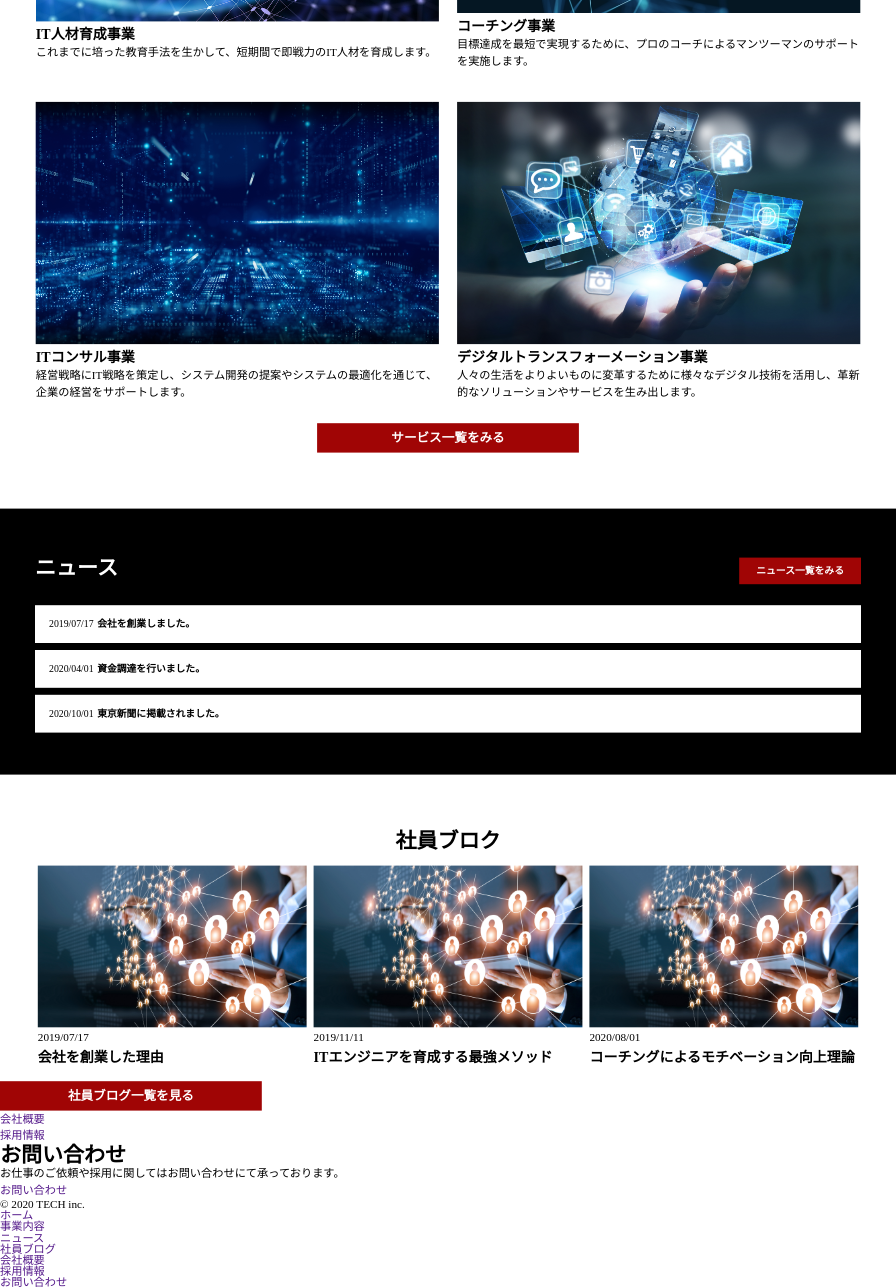
Repository: masanarimiura/20220516_miura
Page: index.html
These files come from the project's save history. The page is drawn as it stood at one moment and after the next save; the edit follows.
The browser window is 1280 px wide. The pictures show the part of the page from y = 1452 to 3372 px (the page is 3292 px tall before and 3372 px after), at 70% of full size.

Above is the page before, as saved 2022-05-13 20:40:40.

### index.html
<!DOCTYPE html>
<html lang="ja">

<head>
  <meta charset="UTF-8">
  <meta http-equiv="X-UA-Compatible" content="IE=edge">
  <meta name="viewport" content="width=device-width, initial-scale=1.0">
  <title>Document</title>
  <link rel="stylesheet" href="css/reset.css">
  <link rel="stylesheet" href="css/index.css">
</head>

<body>

  <header class="header">
    <h2 class="header__ttl">TECH</h2>
    <nav class="header__nav">
      <ul>
        <li><a href="" class="header__nav__item1">ホーム</a></li>
        <li><a href="" class="header__nav__item2">事業内容</a></li>
        <li><a href="" class="header__nav__item3">ニュース</a></li>
        <li><a href="" class="header__nav__item4">社員ブログ</a></li>
        <li><a href="" class="header__nav__item5">会社概要</a></li>
        <li><a href="" class="header__nav__item6">採用情報</a></li>
        <li><a href="" class="header__nav__item7">お問い合わせ</a></li>
      </ul>
    </nav>
  </header>

  <div class="eyecatch">
    <div class="eyecatch__content">
      <h1 class="eyecatch__content__ttl">最新のテクノロジーで社会課題を解決</h1>
      <p class="eyecatch__content__txt">solving social issues with the latest tdchnology</p>
    </div>
  </div>

  <div class="message">
    <div class="message__inner">
      <h2 class="message__ttl">株式会社TECHの想い</h2>
      <p class="message__txt">
        あらゆる産業において、新たなデジタル技術を使ってこれまでにないビジネスモデルを展開する新規参入者が養生し、ゲームチェンジが起ころうとしています。こうした中で、各企業は、競争力維持・強化のために。DXを迅速に進めていくことが求められています。しかし、DXにおいて投資コストは非常にかかります。株式会社TECHでは独自のオペレーションと人材教育により、他社よりも価格を抑えた開発を行います。
      </p>
    </div>
  </div>

  <div class="service">
    <h2 class="service__ttl">サービス</h2>
    <div class="service__inner">
      <div class="service__box">
        <img src="img/service1.png" alt="" class="service__box__img">
        <h3 class="service__box__ttl">IT人材育成事業</h3>
        <p class="service__box__txt">これまでに培った教育手法を生かして、短期間で即戦力のIT人材を育成します。</p>
      </div>
      <div class="service__box">
        <img src="img/service2.png" alt="" class="service__box__img">
        <h3 class="service__box__ttl">コーチング事業</h3>
        <p class="service__box__txt">目標達成を最短で実現するために、プロのコーチによるマンツーマンのサポートを実施します。</p>
      </div>
      <div class="service__box">
        <img src="img/service3.png" alt="" class="service__box__img">
        <h3 class="service__box__ttl">ITコンサル事業</h3>
        <p class="service__box__txt">経営戦略にIT戦略を策定し、システム開発の提案やシステムの最適化を通じて、企業の経営をサポートします。</p>
      </div>
      <div class="service__box">
        <img src="img/service4.png" alt="" class="service__box__img">
        <h3 class="service__box__ttl">デジタルトランスフォーメーション事業</h3>
        <p class="service__box__txt">人々の生活をよりよいものに変革するために様々なデジタル技術を活用し、革新的なソリューションやサービスを生み出します。</p>
      </div>
      <a href="" class="button">サービス一覧をみる</a>
    </div>
  </div>

  <div class="news">
    <div class="news__inner">
      <div class="news__ttl">
        <h2 class="news__ttl-txt">ニュース</h2>
        <a href="" class="service__link button">ニュース一覧をみる</a>
      </div>
      <div class="news__content">
        <ul class="news__content-inner">
          <li class="news__content-topic">
            <a herf="">2019/07/17<span>会社を創業しました。</span></a>
          </li>
          <li class="news__content-topic">
            <a herf="">2020/04/01<span>資金調達を行いました。</span></a>
          </li>
          <li class="news__content-topic">
            <a herf="">2020/10/01<span>東京新聞に掲載されました。</span></a>
          </li>
        </ul>
      </div>
    </div>
  </div>
  <div class="blog">
    <h2 class="blog__ttl">社員ブロク</h2>
    <div class="blog__inner">
      <div class="blog__box">
        <a href=""><img src="img/blog.png" alt="" class="blog__img"></a>
        <p class="blog__date">2019/07/17</p>
        <p class="blog__txt">会社を創業した理由</p>
      </div>
      <div class="blog__box">
        <a href=""><img src="img/blog.png" alt="" class="blog__img"></a>
        <p class="blog__date">2019/11/11</p>
        <p class="blog__txt">ITエンジニアを育成する最強メソッド</p>
      </div>
      <div class="blog__box">
        <a href=""><img src="img/blog.png" alt="" class="blog__img"></a>
        <p class="blog__date">2020/08/01</p>
        <p class="blog__txt">コーチングによるモチベーション向上理論</p>
      </div>
    </div>
    <a href="" class="button ">社員ブログ一覧を見る</a>
  </div>

  <div class="info">
    <div class="info__company"><a href="">
        <p class="info__company__ttl">会社概要</p>
      </a></div>
    <div class="info__recruit"><a href="">
        <p class="info__recruit__ttl">採用情報</p>
      </a></div>
  </div>

  <div class="contact">
    <h2 class="contact__ttl">お問い合わせ</h2>
    <p class="contact__txt">お仕事のご依頼や採用に関してはお問い合わせにて承っております。</p>
    <p class="contact__link"><a href="">お問い合わせ</a></p>
  </div>

  <footer class="footer">
    <div class="footer__copy">&copy; 2020 TECH inc.</div>
    <ul class="footer__nav">
      <li><a href="" class="footer__nav__item1">ホーム</a></li>
      <li><a href="" class="footer__nav__item2">事業内容</a></li>
      <li><a href="" class="footer__nav__item3">ニュース</a></li>
      <li><a href="" class="footer__nav__item4">社員ブログ</a></li>
      <li><a href="" class="footer__nav__item5">会社概要</a></li>
      <li><a href="" class="footer__nav__item6">採用情報</a></li>
      <li><a href="" class="footer__nav__item7">お問い合わせ</a></li>
    </ul>
  </footer>


  <script src="js/main.js"></script>
</body>

</html>

### css/reset.css
/*
html5doctor.com Reset Stylesheet
v1.6.1
Last Updated: 2010-09-17
Author: Richard Clark - http://richclarkdesign.com
Twitter: @rich_clark
*/
html,
body,
div,
span,
object,
iframe,
h1,
h2,
h3,
h4,
h5,
h6,
p,
blockquote,
pre,
abbr,
address,
cite,
code,
del,
dfn,
em,
img,
ins,
kbd,
q,
samp,
small,
strong,
sub,
sup,
var,
b,
i,
dl,
dt,
dd,
ol,
ul,
li,
fieldset,
form,
label,
legend,
table,
caption,
tbody,
tfoot,
thead,
tr,
th,
td,
article,
aside,
canvas,
details,
figcaption,
figure,
footer,
header,
hgroup,
menu,
nav,
section,
summary,
time,
mark,
audio,
video {
  margin: 0;
  padding: 0;
  border: 0;
  outline: 0;
  font-size: 100%;
  vertical-align: baseline;
  background: transparent;
}

body {
  line-height: 1;
}

article,
aside,
details,
figcaption,
figure,
footer,
header,
hgroup,
menu,
nav,
section {
  display: block;
}

nav ul {
  list-style: none;
}

blockquote,
q {
  quotes: none;
}

blockquote:before,
blockquote:after,
q:before,
q:after {
  content: "";
  content: none;
}

a {
  margin: 0;
  padding: 0;
  font-size: 100%;
  vertical-align: baseline;
  background: transparent;
}

/* change colours to suit your needs */
ins {
  background-color: #ff9;
  color: #000;
  text-decoration: none;
}

/* change colours to suit your needs */
mark {
  background-color: #ff9;
  color: #000;
  font-style: italic;
  font-weight: bold;
}

del {
  text-decoration: line-through;
}

abbr[title],
dfn[title] {
  border-bottom: 1px dotted;
  cursor: help;
}

table {
  border-collapse: collapse;
  border-spacing: 0;
}

/* change border colour to suit your needs */
hr {
  display: block;
  height: 1px;
  border: 0;
  border-top: 1px solid #cccccc;
  margin: 1em 0;
  padding: 0;
}

input,
select {
  vertical-align: middle;
}

### css/index.css
h2 {
  font-size: 30px;
  font-weight: bold;
}
h3 {
  font-size: 20px;
  font-weight: bold;
  line-height: 1.5;
}
a {
  text-decoration: none;
}
p {
  line-height: 1.5;
}
.button {
  display: block;
  text-align: center;
  color: #fff;
  font-size: 18px;
  font-weight: bold;
  background-color: rgb(160, 5, 5);
  width: 350px;
  padding: 12px;
}

.header {
  display: flex;
  justify-content: space-between;
  text-align: center;
  padding: 20px 30px;
  position: sticky;
  top: 0;
  background-color: #fff;
  z-index: 1;
}
.header__nav ul {
  display: flex;
  justify-content: space-between;
}
.header__nav ul li {
  padding: 0 15px;
  font-size: 16px;
  font-weight: bold;
}
.header__nav ul li a {
  color: #000;
}

.eyecatch {
  display: flex;
  justify-content: center;
  align-items: center;
  text-align: center;
  background: url(../img/mv.png) center/ cover;
  height: 80vh;
}
.eyecatch__content {
  color: #fff;
}
.eyecatch__content__ttl {
  font-size: 50px;
  padding: 20px;
  line-height: 1.5;
}
.eyecatch__content__txt {
  font-weight: bold;
  font-size: 20px;
  padding: 20px;
}

.message {
  background: #000;
  display: flex;
  justify-content: center;
  align-items: center;
}
.message__inner {
  padding: 80px 80px;
}
.message__ttl {
  color: #fff;
}
.message__txt {
  color: #fff;
  line-height: 2;
  text-align: justify;
  padding: 20px 0 0;
}

.service {
  margin-top: 100px;
}
.service__ttl {
  text-align: center;
  margin-bottom: 30px;
}
.service__inner {
  display: flex;
  align-items: center;
  flex-wrap: wrap;
  justify-content: center;
}
.service__box {
  width: 45%;
  height: auto;
  padding: 1%;
  margin-bottom: 20px;
}
.service__box img {
  width: 100%;
  height: auto;
}
.service__button {
  margin-top: 50px;
}
.news {
  background: #000;
  margin-top: 80px;
}
.news__inner {
  padding: 50px 50px;
}
.news__ttl {
  display: flex;
  justify-content: space-between;
  padding: 20px 0;
}
.news__ttl-txt {
  color: #fff;
}
.service__link {
  width: 150px;
  font-size: 14px;
}
.news__content-topic a {
  background-color: #fff;
  margin: 10px 0;
  padding: 20px;
  font-size: 14px;
  display: block;
}
.news__content-topic span {
  font-weight: bold;
  display: inline-block;
  padding: 0 5px;
}

.blog {
  margin-top: 80px;
}
.blog__ttl {
  text-align: center;
}
.blog__inner {
  display: flex;
  justify-content: center;
}
.blog__box {
  width: 30%;
  margin: 20px 5px;
}
.blog__box img {
  width: 100%;
}
.blog__txt {
  font-weight: bold;
  font-size: 20px;
}
.

Loaded but not shown: js/main.js (no copy from this time; the picture is the same without it)

After the next save:
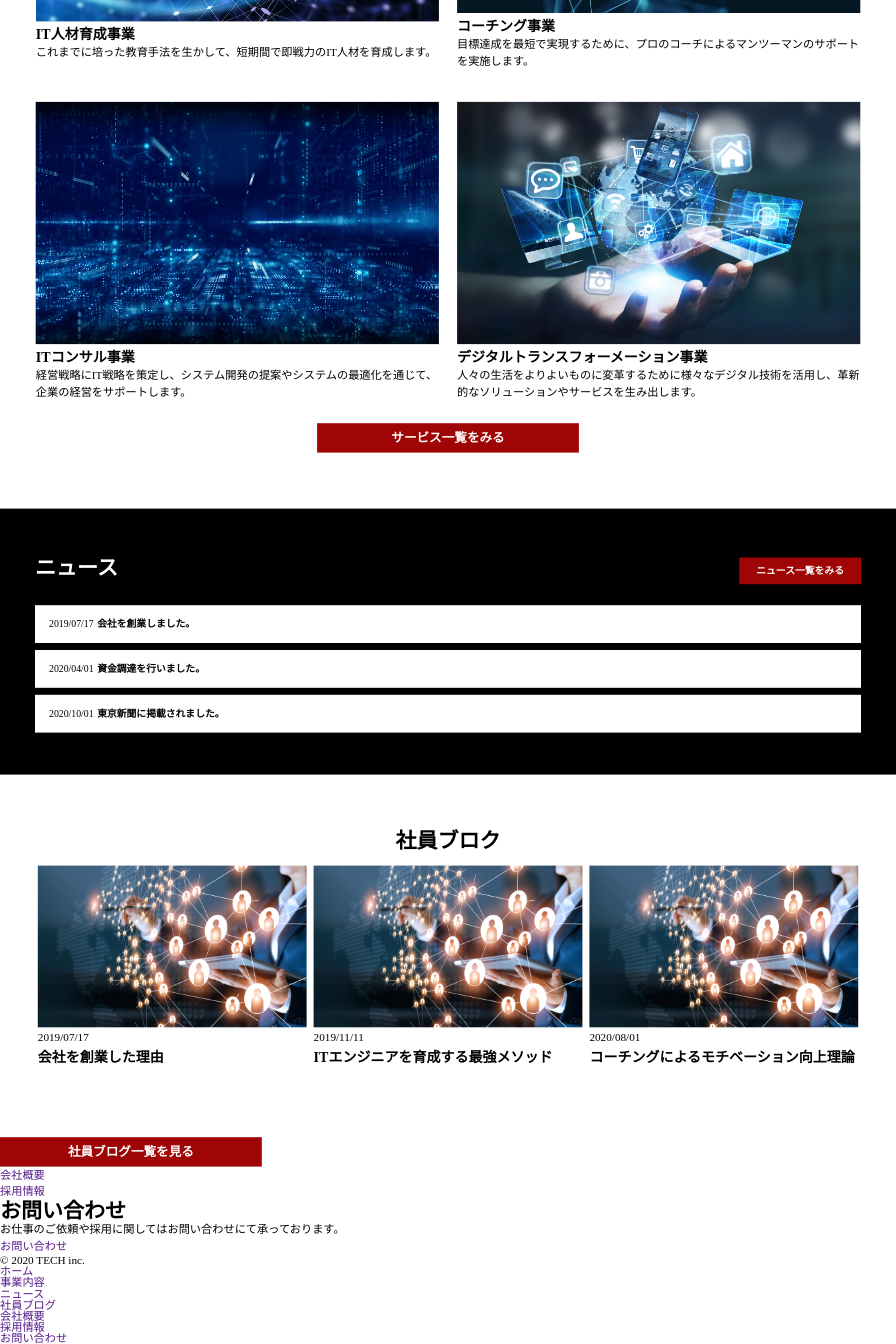
Saved 23 s later.
--- a/index.html
+++ b/index.html
@@ -110,7 +110,7 @@
         <p class="blog__txt">コーチングによるモチベーション向上理論</p>
       </div>
     </div>
-    <a href="" class="button ">社員ブログ一覧を見る</a>
+    <a href="" class="button blog">社員ブログ一覧を見る</a>
   </div>
 
   <div class="info">

After the save that followed:
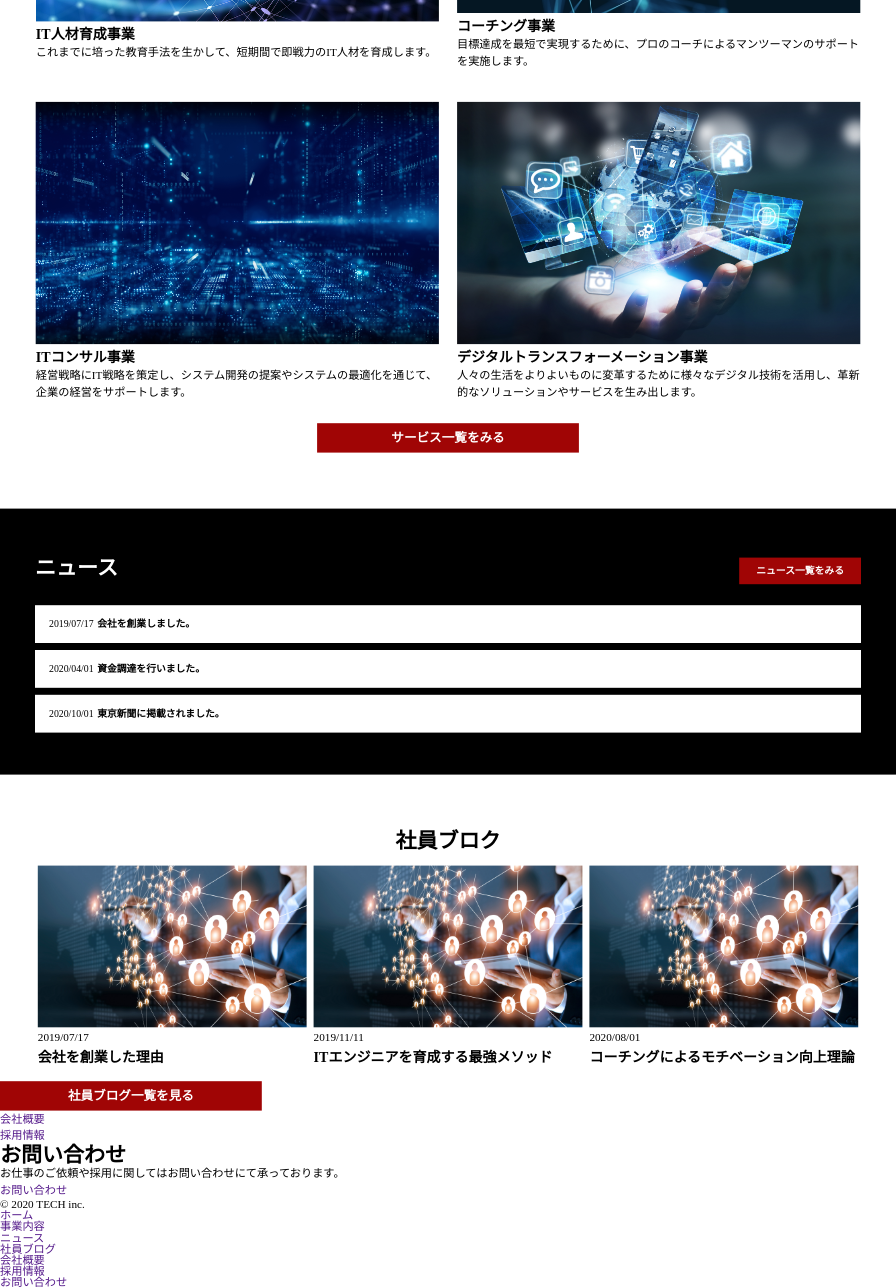
Saved 6 s later.
--- a/index.html
+++ b/index.html
@@ -110,7 +110,7 @@
         <p class="blog__txt">コーチングによるモチベーション向上理論</p>
       </div>
     </div>
-    <a href="" class="button blog">社員ブログ一覧を見る</a>
+    <a href="" class="button blog__link">社員ブログ一覧を見る</a>
   </div>
 
   <div class="info">
